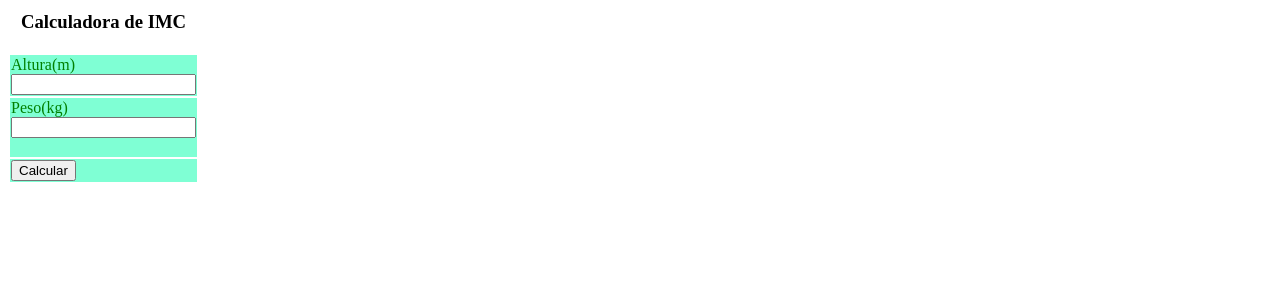
Repository: Patriciamativi/Projetos
Page: index.html
An editor plug-in stored every save of this project. The page is shown before and after a run of saves, followed by the edit.
The browser window is 1280 px wide. The pictures show the whole page.

Above is the page before, as saved 2022-11-21 14:22:31.

### index.html
<html>
    <head>
        <title>Calculadora de IMC</title>
        <meta charset="utf-8"/>

        <style type="text/css">
            tr {
                color:black;
            }
            td {
                color: green;
                background-color: aquamarine;
            }
        </style>
    </head>
<table border="0">
    <body>
        <div>
        <tr>
            <th><h3>Calculadora de IMC</h3></th></tr>

        <td>Altura(m)<br/>
            <input type: "number" ></br></td>

        <tr><td>Peso(kg)<br/>
            <input type: "number" > </br></br></td></tr>

        <td><input type= "submit" value="Calcular"></td>

    </div>
    </table>
</body>
</html>

After the next 2 saves:
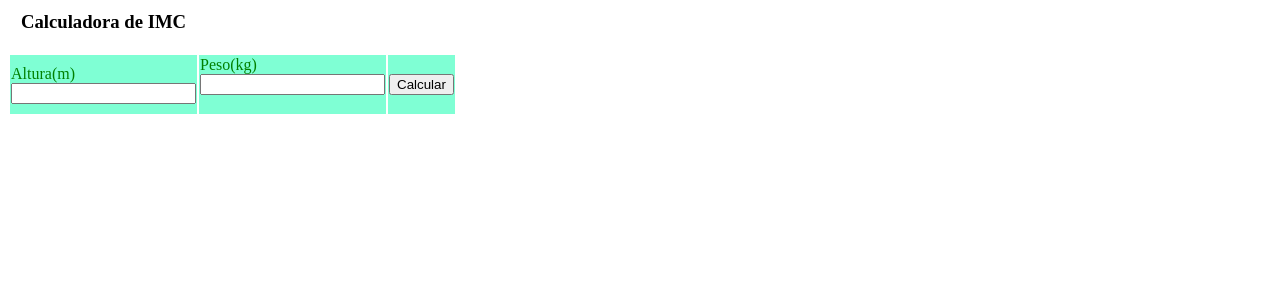
The 2 saves are shown as one change because they came seconds apart.
The last was saved 17 s later.
--- a/index.html
+++ b/index.html
@@ -22,8 +22,8 @@
         <td>Altura(m)<br/>
             <input type: "number" ></br></td>
 
-        <tr><td>Peso(kg)<br/>
-            <input type: "number" > </br></br></td></tr>
+        <td>Peso(kg)<br/>
+            <input type: "number" > </br></br></td>
 
         <td><input type= "submit" value="Calcular"></td>
 
